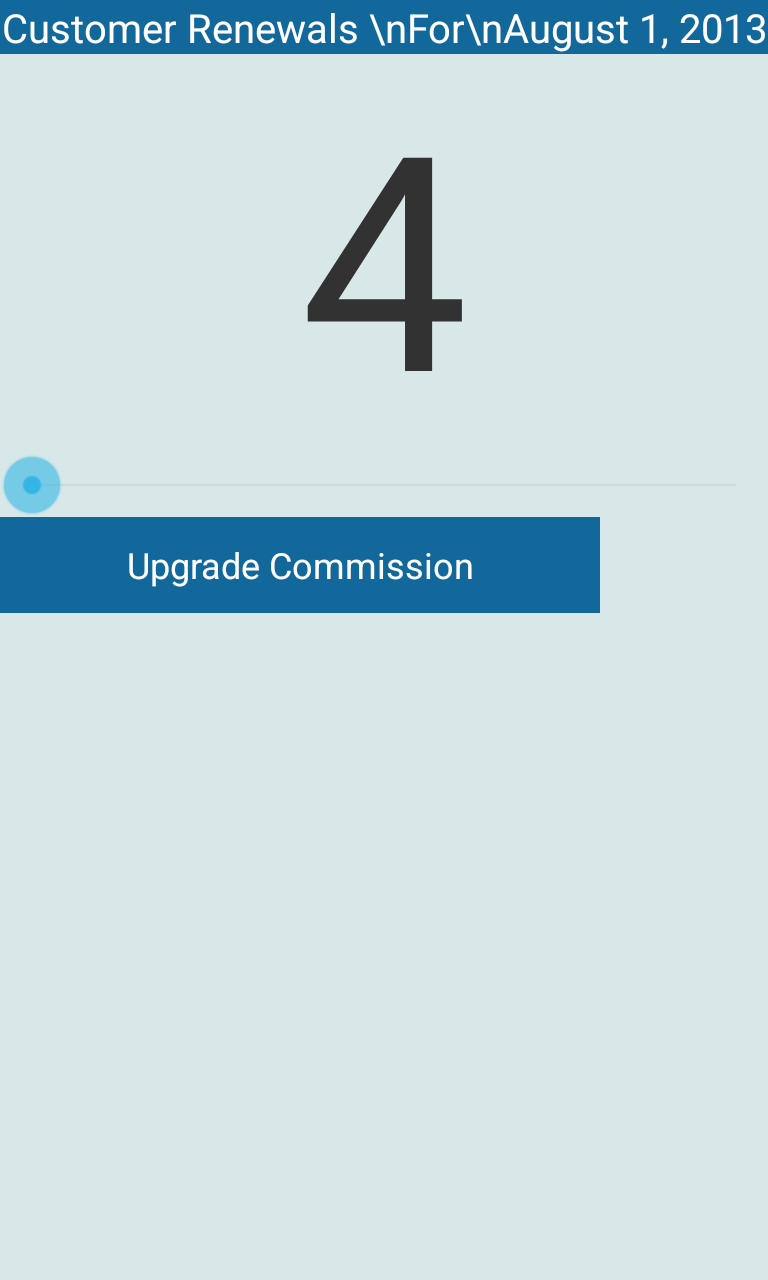
Repository: jemcphe/XCell
Layout: XCell/res/layout/frag_renewals.xml
An editor plug-in stored every save of this project. The layout is shown before and after the next save, followed by the edit.
It is drawn on a 768 x 1280 px phone screen (xhdpi) without system bars, with theme Theme.Xcell; the app's code is not run.

Above is the layout before, as saved 2013-08-16 02:23:08.

After the next save:
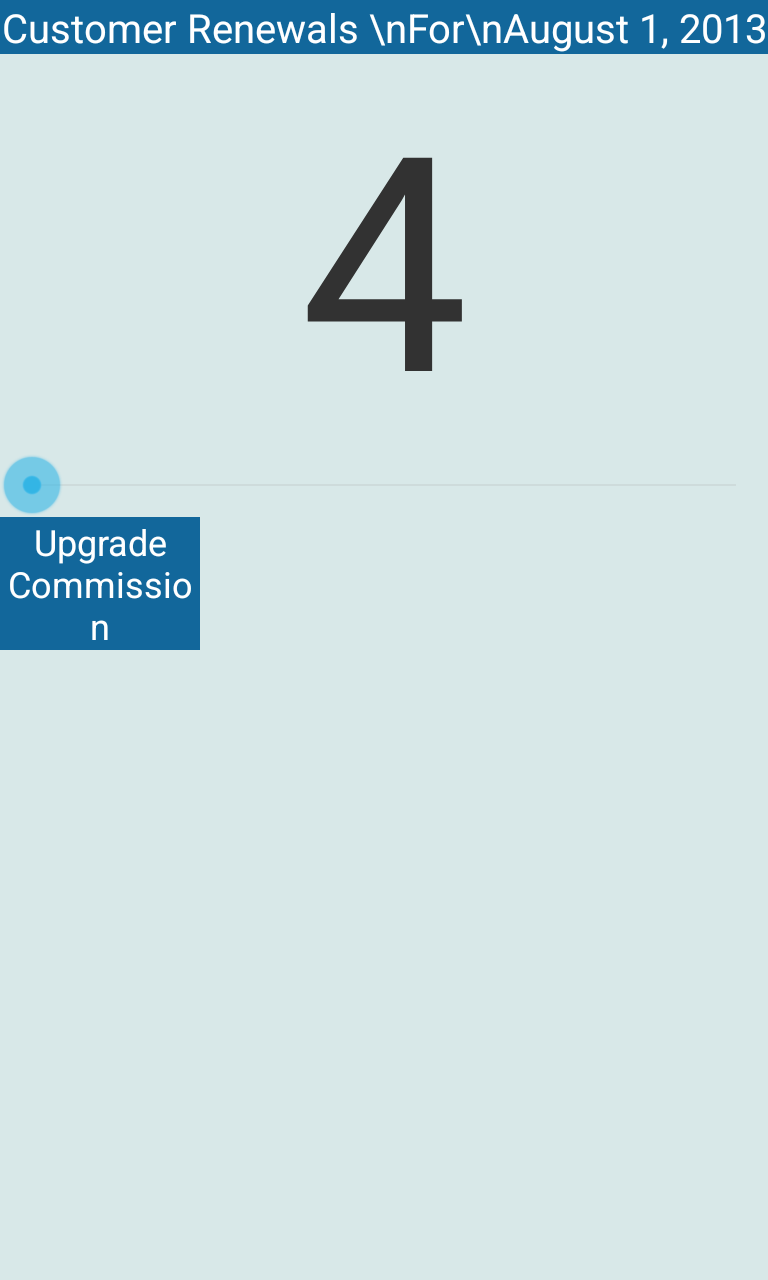
Saved 26 s later.
--- a/XCell/res/layout/frag_renewals.xml
+++ b/XCell/res/layout/frag_renewals.xml
@@ -29,7 +29,7 @@
 
     <Button
         android:id="@+id/updateButton"
-        android:layout_width="300dip"
+        android:layout_width="100dp"
         android:layout_height="wrap_content"
         android:text="Upgrade Commission"
         android:textColor="#fff"
